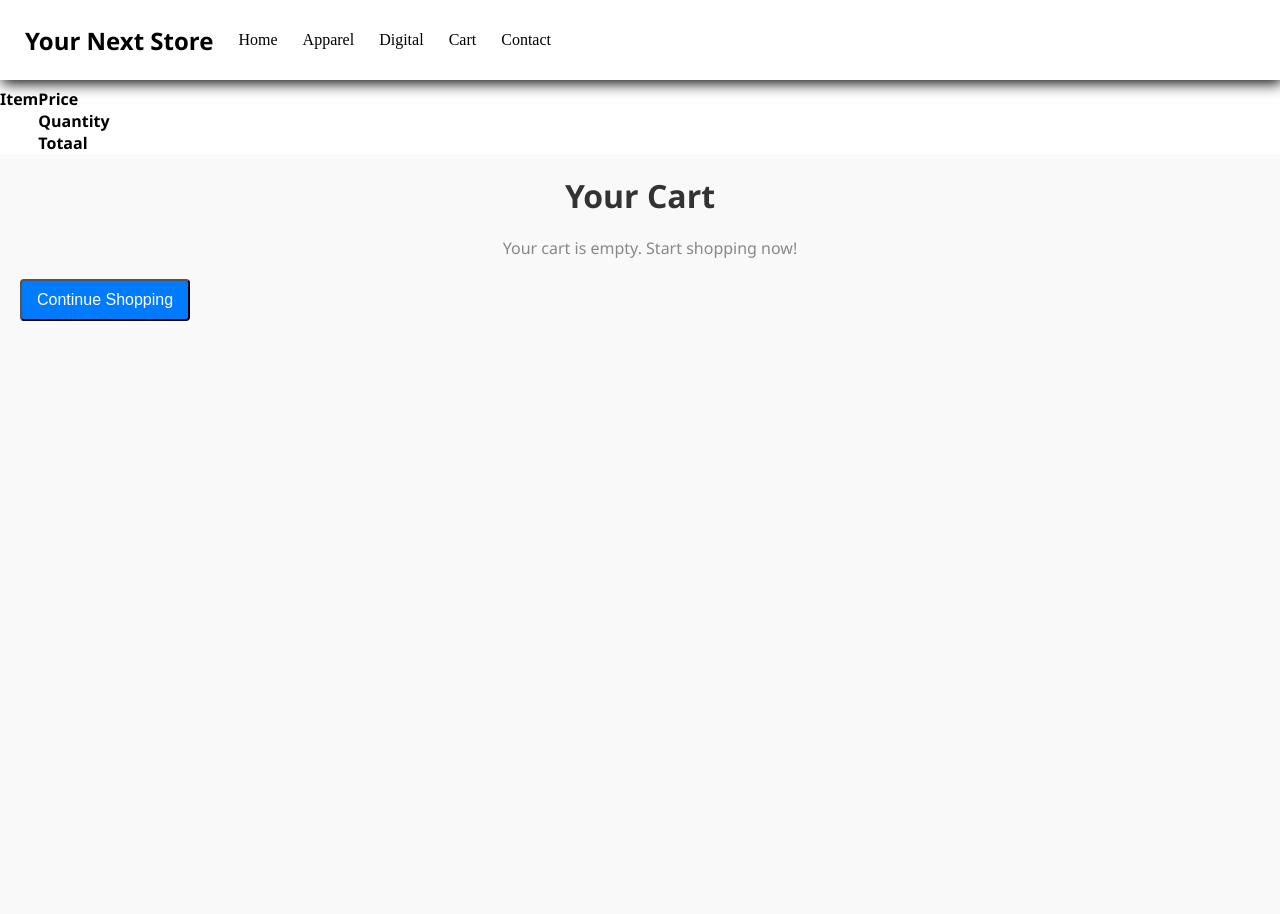
Repository: Sharathguru/React_Project1
Page: /cart
The author's editor kept a copy of each file at every save. The page is drawn from the files as they stood at one save, then again after the next save.
The browser window is 1280 px wide. The pictures show the whole page.
The project was rebuilt for these pictures with package versions that can differ from the ones it lists, and the page was loaded fresh each time. Also part of the build but not shown: vite.config.js, src/Component/Main/Main1.jsx, src/Component/Main/Cloud.jsx, src/Component/Home.jsx, src/Component/NavbarComponent/Apparel.jsx, src/Component/NavbarComponent/Digital.jsx, src/Component/Contact.jsx, src/Component/Main/Signup.jsx and 3 more.

Above is the page before, as saved 2025-01-17 10:47:49.

### src/main.jsx
import { StrictMode } from 'react'
import { createRoot } from 'react-dom/client'

import App from './App.jsx'


createRoot(document.getElementById('root')).render(

  <App></App>

)

### src/App.jsx
import React, { useState } from 'react';
import { createBrowserRouter, RouterProvider } from 'react-router-dom';
import Home from './Component/Home';
import Apparel from './Component/NavbarComponent/Apparel';
import Digital from './Component/NavbarComponent/Digital';
import Contact from './Component/Contact';
import Signup from './Component/Main/Signup';
import LoginPage from './Component/Main/LoginPage';
import Cart from './Component/NavbarComponent/Cart';

import './App.css';
import Terms from './Component/Main/Terms';

const App = () => {
  const [cartItems, setCartItems] = useState([]);

  const router = createBrowserRouter([
    {
      path: "/",
      element: <Signup />,
      children: [
        {
          path: "/terms",
          element: <Terms />,
        },
      ],
    },
    {
      path: "/login",
      element: <LoginPage />,
    },
    {
      path: "/home",
      element: <Home />,
    },
    {
      path: "/apparel",
      element: <Apparel cartItems={cartItems} setCartItems={setCartItems} />,
    },
    {
      path: "/digital",
      element: <Digital />,
    },
    {
      path: "/cart",
      element: <Cart cartItems={cartItems} setCartItems={setCartItems} />,
    },
    {
      path: "/contact",
      element: <Contact />,
    },
  ]);

  return (
    <div>
      <RouterProvider router={router} />
    </div>
  );
};

export default App;

### src/Component/NavbarComponent/Cart.jsx
import React, { useState } from "react";
import { Link } from "react-router-dom";

const Cart = ({ cartItems, setCartItems }) => {
  const handleRemoveFromCart = (productId) => {
    const updatedCart = cartItems.filter((item) => item.id !== productId);
    setCartItems(updatedCart);
  };

  const handleIncreaseQuantity = (productId) => {
    const updatedCart = cartItems.map((item) =>
      item.id === productId ? { ...item, quantity: item.quantity + 1 } : item
    );
    setCartItems(updatedCart);
  };

  const handleDecreaseQuantity = (productId) => {
    const updatedCart = cartItems.map((item) =>
      item.id === productId && item.quantity > 1
        ? { ...item, quantity: item.quantity - 1 }
        : item
    );
    setCartItems(updatedCart);
  };

  return (
    <div>
      <div id="navbar">
        <nav id="navbar-items">
          <div id="navbar-title">
            <h1>Your Next Store</h1>
          </div>
          <Link className="link" to="/home">Home</Link>
          <Link className="link" to="/Apparel">Apparel</Link>
          <Link className="link" to="/digital">Digital</Link>
          <Link className="link" to="/cart">Cart</Link>
          <Link className="link" to="/contact">Contact</Link>
        </nav>
      </div>
      <br /><br /><br /><br />
    <div id="cart-item-navbar">
      <div  id="cart-item-1">
        <h4>Item</h4>
      </div>
      <div id="cart-tem-all">
        <h4>Price</h4>
        <h4>Quantity</h4>
        <h4>Totaal</h4>
      </div>
    </div>
      <div id="cart-content">
        <h1>Your Cart</h1>
        {cartItems && cartItems.length > 0 ? (
          cartItems.map((item) => (
            <div key={item.id} className="cart-item">
              <img src={item.img} alt={item.name} className="cart-item-image" />
              <div className="cart-item-details">
                <h2>{item.name}</h2>
                <p>Price: {item.price}</p>
                <div>
                  <input type="button" value="-" />
                  <input type="button" value="Add" />

                </div>
                <button
                  className="remove-button"
                  onClick={() => handleRemoveFromCart(item.id)}
                >
                  Remove
                </button>
              </div>
            </div>
          ))
        ) : (
          <p>Your cart is empty. Start shopping now!</p>
        )}
        <Link to="/Apparel">
          <button className="continue-shopping-button">Continue Shopping</button>
        </Link>
      </div>
    </div>
  );
};

export default Cart;

### src/App.css
* {
  margin: 0;
  padding: 0;
}
body
{
    font-family: 'Segoe UI', Tahoma, Geneva, Verdana, sans-serif;
}
#navbar {
    width: 100vw;
    height: 80px;
    background: white;
    box-shadow: 2px 3px 14px black;
    display: flex;
    align-items: center;
    justify-content: space-between;
    position: fixed; /* Change from static to fixed */
    top: 0; /* Ensure it sticks to the top of the viewport */
    z-index: 1000; /* Add z-index to make sure it appears above other content */

  }

#navbar-title h1
{
/* padding-bottom: 10px; */
font-weight: 700;
}

#navbar-items {

  width: 45%;
  display: flex;
  justify-content: space-evenly;
  align-items: center;
}


.link {
  text-decoration: none;
  color: black;
  font-size: 16px;
  font-family: "Times New Roman", Times, serif;
}

.link:hover {
  background: linear-gradient(45deg, black, rgb(232, 145, 4));
  -webkit-background-clip: text;
  background-clip: text;
  color: transparent;
}

#navbar-search {
    margin-right: 25px;
  flex-grow: 1;
  display: flex;
  justify-content: flex-end;
  padding-right: 10px;
  align-items: center;
}

#navbar-search input {
  width: 180px;
  height: 30px;
  border: 1px solid #ccc;
  border-radius: 4px;
  padding: 0 10px;
  font-size: 14px;
}
#navbar-search input::placeholder
{
font-size: 12px;
}

#navbar-search i,
#navbar-search a {
  padding-left: 10px;
  font-size: 16px;
  color: #888;
  cursor: pointer;
  text-decoration: none;
}

#navbar-search a:hover {
  background: linear-gradient(45deg, black, rgb(232, 145, 4));
  -webkit-background-clip: text;
  background-clip: text;
  color: transparent;
}

#navbar-icon i {
  padding-right: 20px;
  font-size: 20px;
  cursor: pointer;
  display: none;
}

#navbar-icon i:hover {
  background: linear-gradient(45deg, black, rgb(232, 145, 4));
  -webkit-background-clip: text;
  background-clip: text;
  color: transparent;
}
#home-part1 {
    background-color: rgb(247, 244, 244);
    margin: 100px 0 0 40px; /* Add top margin to prevent overlapping */
    width: 94vw;
    height: 480px;
    position: relative; /* Change position to relative to avoid sticky conflicts */
    display: flex;
    justify-content: space-evenly;
    align-items: center;
}

#home-part1 p
{
    padding-top: 10px;
    color: rgb(83, 79, 80);
}
#home-part1 button
{
    margin-top: 15px;
    background: rgb(46, 48, 49);
    border: none;
    border-radius: 20px;
    width: 90px;
    height: 30px;
    color: white;
    font-weight: bold;
    cursor: pointer;
}

#home-part1-img img
{
    width: 300px;
}
#home-part2
{

    display: flex;
    justify-content: space-evenly;
    flex-wrap: wrap;
    row-gap: 70px;

}
#cloud {
    background-color: rgb(222, 219, 219);
    margin: 10px 0 10px 0px;
    width: 25.4%;
    height: 340px;
    position: relative;
    border-radius: 10px;

}
#cloud img
{
    /* margin-left: 20px; */
    position: relative;
    left: -30px;
    bottom: 10px;
    right: 85px;
    width: 395px;
    height: 350px;
}
#cloud img:hover
{
opacity: 0.5;
transform: translateY(-10px);
}
#home-part2 h1
{
    /* padding-left: 35px; */
    font-size: 25px;
}
#cloud p:first-child {
    padding-left: 80px;
    font-size: 20px;
}

#home-part2a
{
    margin: 20px 0 0 0;
    width: 94vw;
    display: flex;
    justify-content: space-around;

}
#cloud1 img
{
    width: 500px;
    border-radius: 10px;
}
#cloud1a img
{
    width: 500px;
    border-radius: 10px;
}
#para p
{
    margin-right: 20px;
}
#cloud1:hover , #cloud1a:hover {
    opacity: 0.7;
}



/* Outer container */
#border-down {
  margin-top: 20px;
  background-color: rgb(240, 240, 240);
  height: 220px;
  position: relative;
  width: 100%;
  display: flex; /* Flexbox for alignment */
  justify-content: space-between; /* Space between left and right sections */
  align-items: center;
  padding: 20px;
  box-sizing: border-box;
}

/* Left Section */
#details-product-left {
  display: flex;
  flex-direction: column;
  justify-content: center;
  align-items: flex-start;
}

#details-product-left h1 {
  font-size: 18px;
  margin-bottom: 10px;
}

#details-product-left input {
  padding: 8px;
  border: 1px solid #ccc;
  border-radius: 4px;
  margin-right: 10px;
}

#details-product-left button {
  background-color: #1a202c;
  color: #fff;
  border: none;
  padding: 8px 16px;
  border-radius: 4px;
  cursor: pointer;
}

/* Right Section */
#details-product-right {
  display: flex;
  justify-content: space-between;
  align-items: flex-start;
  gap: 50px; /* Space between Products and Support */
}

#details-Product,
#details-Product1 {
  text-align: left;
}

#details-Product h4,
#details-Product1 h4 {
  font-size: 16px;
  margin-bottom: 10px;
}

#details-Product a,
#details-Product1 a {
  text-decoration: none;
  color: #333;
  font-size: 14px;
}

#details-Product a:hover,
#details-Product1 a:hover {
  text-decoration: underline;
}

/* Outer container */
#border-down {
  margin-top: 20px;
  background-color: rgb(240, 240, 240);
  height: 250px;
  position: relative;
  width: 100%;
  display: flex;
  justify-content: space-between;
  align-items: center;
  padding: 20px;
  box-sizing: border-box;
}

/* Left Section */
#details-product-left {
  display: flex;
  flex-direction: column;
  justify-content: flex-start;
  align-items: flex-start;
  gap: 10px;
}

#details-product-left h1 {
  font-size: 18px;
  margin-bottom: 5px;
}

#details-product-left input {
  padding: 8px;
  border: 1px solid #ccc;
  border-radius: 4px;
  margin-right: 10px;
  width: 250px;
}

#details-product-left button {
  background-color: #1a202c;
  color: #fff;
  border: none;
  padding: 8px 16px;
  border-radius: 10px;
  cursor: pointer;
  margin-top: 10px;
}

/* Right Section */
#details-product-right {
  display: flex;
  justify-content: flex-end;
  align-items: flex-start;
  gap: 50px;
}

#details-Product,
#details-Product1 {
  text-align: left;
}

#details-Product h4,
#details-Product1 h4 {
  font-size: 16px;
  margin-bottom: 10px;
}

#details-Product a,
#details-Product1 a {
  text-decoration: none;
  color: #333;
  font-size: 14px;
}

#details-Product a:hover,
#details-Product1 a:hover {
  text-decoration: underline;
}

/* Footer Section */
#footer {
  /* text-align: center; */
  padding: 15px 0;
  font-size: 14px;
  color: #555;
  background-color: rgb(240, 240, 240);
  border-top: 1px solid #ddd;
}

#footer p {
  margin: 5px 0;
}
#Apparel-heading
{
  padding-top: 10px;
  padding-left: 30px;
}
#Apparel-heading h3
{
font-size: 1.5rem;
}
#Apparel-heading p
{
color: #888;
}

#Apparel-detail {
  margin-top: 20px;
  display: flex;
  justify-content: space-evenly;
  flex-wrap: wrap; /* Ensure items wrap on smaller screens */
  /* gap: 10px;  */
  column-gap: 10px;
  row-gap: 120px;
  width: 100%; /* Ensure container fits within the viewport */
}

.Apparel-items-box {
  margin: 0; /* Remove extra margin */
  border-radius: 10px;
  /* background-color: #9e2626; */
  width: 25%; /* Adjust as needed for layout */
  height: 340px;
  box-sizing: border-box;

}

.Apparel-item-all img {
  width: 315px; /* Scale image to fit its container */
  height: 339px; /* Ensure image stretches to container height */
 border-radius: 20px;
}

.Apparel-item-all img:hover
{
opacity: 0.5;
transform: translateY(-5px);
cursor: pointer;
}

.Apparel-item-all h1
{
 margin: 40px  0 0 0;
font-size: 1.3rem;
text-align: center;
}
.Apparel-item-all p
{
text-align: center;
}

/* Target the 10th Apparel-items-box */
.Apparel-items-box:nth-child(10) {
 margin-right: 63%;
}
#Digital-title h2,p
{
  padding-left: 20px;
}
#Digital-title p
{
color: #888;
}
#Digital-item
{
  display: flex;
  flex-wrap: wrap;
  justify-content: space-evenly;
}

.Digital-item-all
{
  margin: 30px 0 0 30px;

}
.Digital-item-all img
{
  border-radius: 10px;
  width: 370px;
  transform: translateY(-10px);
}
/* General Contact Form Styling */
#contact {
  margin: 40px auto;
  padding: 20px;
  max-width: 600px;
  border: 1px solid #ddd;
  border-radius: 8px;
  background-color: #f9f9f9;
}

#contact-item {
  text-align: center;
}

#contact-item h3 {
  font-size: 24px;
  color: #333;
  margin-bottom: 20px;
}

/* Contact Form Container */
#contact-item-all {
  display: flex;
  flex-direction: column;
  gap: 15px;
}

/* Input and Textarea Styling */
.item-all-contact label {
  font-size: 16px;
  color: #333;
  margin-bottom: 8px;
  text-align: left;
  display: block;
}

.item-all-contact input,
.item-all-contact textarea {
  padding: 10px;
  font-size: 16px;
  width: 100%;
  border: 1px solid #ccc;
  border-radius: 4px;
  margin-bottom: 10px;
  box-sizing: border-box;
}

.item-all-contact input:focus,
.item-all-contact textarea:focus {
  border-color: #6c757d;
  outline: none;
}

/* Button Styling */
button[type="submit"] {
  width: 200px;
  padding: 12px 20px;
  margin-left: 200px;
  font-size: 16px;
  color: #fff;
  background-color: #383534;
  border: none;
  border-radius: 10px;
  cursor: pointer;
  transition: background-color 0.3s ease;
}

button[type="submit"]:hover {
  background-color: #0056b3;
}

.buy-now-button {
  background-color: #ff5722;
  color: white;
  border: none;
  padding: 10px 15px;
  border-radius: 5px;
  font-size: 14px;
  cursor: pointer;
  transition: background-color 0.3s ease, transform 0.2s ease;
}

.buy-now-button:hover {
  background-color: #e64a19;
  transform: scale(1.05);
}

.buy-now-button:active {
  background-color: #d84315;
  transform: scale(1);
}

#already-login
{
 padding: 5px 0 0 60px;
  font-size: 0.43rem;
}
.Login-signup
{
  padding-left: 5px;
  text-decoration: none;
}

#Subscribe-group
{
  position: relative;
  top: 100px;
}


/* Cart Container */
#cart-content {
  padding: 20px;
  background-color: #f9f9f9;
  min-height: 100vh;
}

#cart-content h1 {
  text-align: center;
  font-size: 2rem;
  color: #333;
  margin-bottom: 20px;
}

.cart-item {
  display: flex;
  align-items: center;
  justify-content: space-between;
  background-color: #fff;
  padding: 20px;
  border-radius: 8px;
  margin-bottom: 15px;
  box-shadow: 0 2px 4px rgba(0, 0, 0, 0.1);
}

.cart-item img {
  width: 100px;
  height: 100px;
  /* object-fit: cover; */
  border-radius: 8px;
}

.cart-item-details {
  flex-grow: 1;
  margin-left: 20px;
}

.cart-item-details h2 {
  font-size: 1.2rem;
  color: #333;
}

.cart-item-details p {
  font-size: 1rem;
  color: #555;
}

.remove-button {
  background-color: #ff4d4d;
  color: white;
  border: none;
  padding: 10px 15px;
  cursor: pointer;
  border-radius: 4px;
  transition: background-color 0.3s ease;
}

.remove-button:hover {
  background-color: #e60000;
}

.continue-shopping-button {
  background-color: #007bff;
  color: white;
  padding: 10px 15px;
  text-decoration: none;
  border-radius: 4px;
  font-size: 1rem;
  margin-top: 20px;
  display: inline-block;
  text-align: center;
}

.continue-shopping-button:hover {
  background-color: #0056b3;
}

/* Empty Cart Message */
#cart-content p {
  text-align: center;
  font-size: 1rem;
  color: #888;
  margin-top: 20px;
}
#cart-item-navbar
{
  display: flex;

}










/* Mobile view adjustments */
@media screen and (max-width: 500px) {
  #navbar-items {
    display: none; /* Hide the navbar items */
  }

  #navbar-search {
    display: none; /* Hide the search bar */
  }

  #navbar-icon i {
    display: block; /* Show the icon */
  }
}
@media (max-width: 768px) {
  #contact {
    padding: 15px;
  }

  #contact-item-all {
    gap: 10px;
  }

  button[type="submit"] {
    font-size: 14px;
    padding: 10px 16px;
  }
}

### src/Component/Main/Signup.css
* {
    padding: 0;
    margin: 0;
  }

  #signup-heading {
    width: 100vw;
    height: 100vh;
    border-radius: 20px;
    position: relative;
    display: flex;
    justify-content: space-evenly;
    align-items: center;
    background: linear-gradient(190deg, rgb(243, 235, 235), rgb(237, 147, 147));
    animation: fadeIn 1.5s ease-in-out;
  }
  #signup-details h1
  {
    margin-bottom: 20px;
    text-align: center;

  }
  .signup-group {
    position: relative;
    margin-bottom: 20px;
    animation: slideIn 1.2s ease-in-out;
    margin-left: 30px;
  }

  .signup-group i {
    margin-left: 10px;
    position: absolute;
    transform: translateY(70%);
    color: #555;
    transition: color 0.3s ease;
  }

  .signup-group input[type="text"],
  .signup-group input[type="email"],
  .signup-group input[type="password"] {
    width: 300px;
    padding: 10px 40px;
    border: 1px solid #ddd;
    border-radius: 5px;
    font-size: 16px;
    color: #555;
    outline: none;
    transition: all 0.3s ease;
    box-sizing: border-box;
  }

  .signup-group input[type="text"]:focus,
  .signup-group input[type="email"]:focus,
  .signup-group input[type="password"]:focus {
    border-color: #007bff;
    box-shadow: 0 0 5px rgba(0, 123, 255, 0.5);
  }

  .signup-group input[type="text"]:hover,
  .signup-group input[type="email"]:hover,
  .signup-group input[type="password"]:hover {
    background-color: #f9f9f9;
  }

  .signup-group input[type="text"]:focus + i,
  .signup-group input[type="email"]:focus + i,
  .signup-group input[type="password"]:focus + i {
    color: #007bff;
  }

  #signup-heading img {
    width: 400px;
    border-radius: 20px;
    animation: bounceIn 2s ease-in-out;
  }

  input[type="checkbox"] {

    cursor: pointer;

    margin: 25px 10px 0 0 ;

  }

  input[type="submit"] {
    width: 300px;
    padding: 10px;
    background: #007bff;
    color: #fff;
    border: none;
    border-radius: 5px;
    font-size: 16px;
    cursor: pointer;
    transition: background 0.3s ease;
    animation: zoomIn 1s ease-in-out;
    margin-left: 27px;
  }

  input[type="submit"]:hover {
    background: #0056b3;
  }

  span {
    font-size: 14px;
    color: #555;
  }
#checkbox:hover + span
  {
    font-size: 14px;
    color: black;
  }


  /* Animations */

  @keyframes fadeIn {
    from {
      opacity: 0;
      transform: translateY(-20px);
    }
    to {
      opacity: 1;
      transform: translateY(0);
    }
  }

  @keyframes slideIn {
    from {
      opacity: 0;
      transform: translateX(-20px);
    }
    to {
      opacity: 1;
      transform: translateX(0);
    }
  }

  @keyframes bounceIn {
    10% {
      opacity: 0;
      transform: scale(0.5);
    }
    10% {
      opacity: 1;
      transform: scale(1.2);
    }
    100% {
      transform: scale(1);
    }
  }

  @keyframes zoomIn {
    from {
      transform: scale(0.8);
      opacity: 0;
    }
    to {
      transform: scale(1);
      opacity: 1;
    }
  }

Loaded but not shown: index.html (common file)

After the next save:
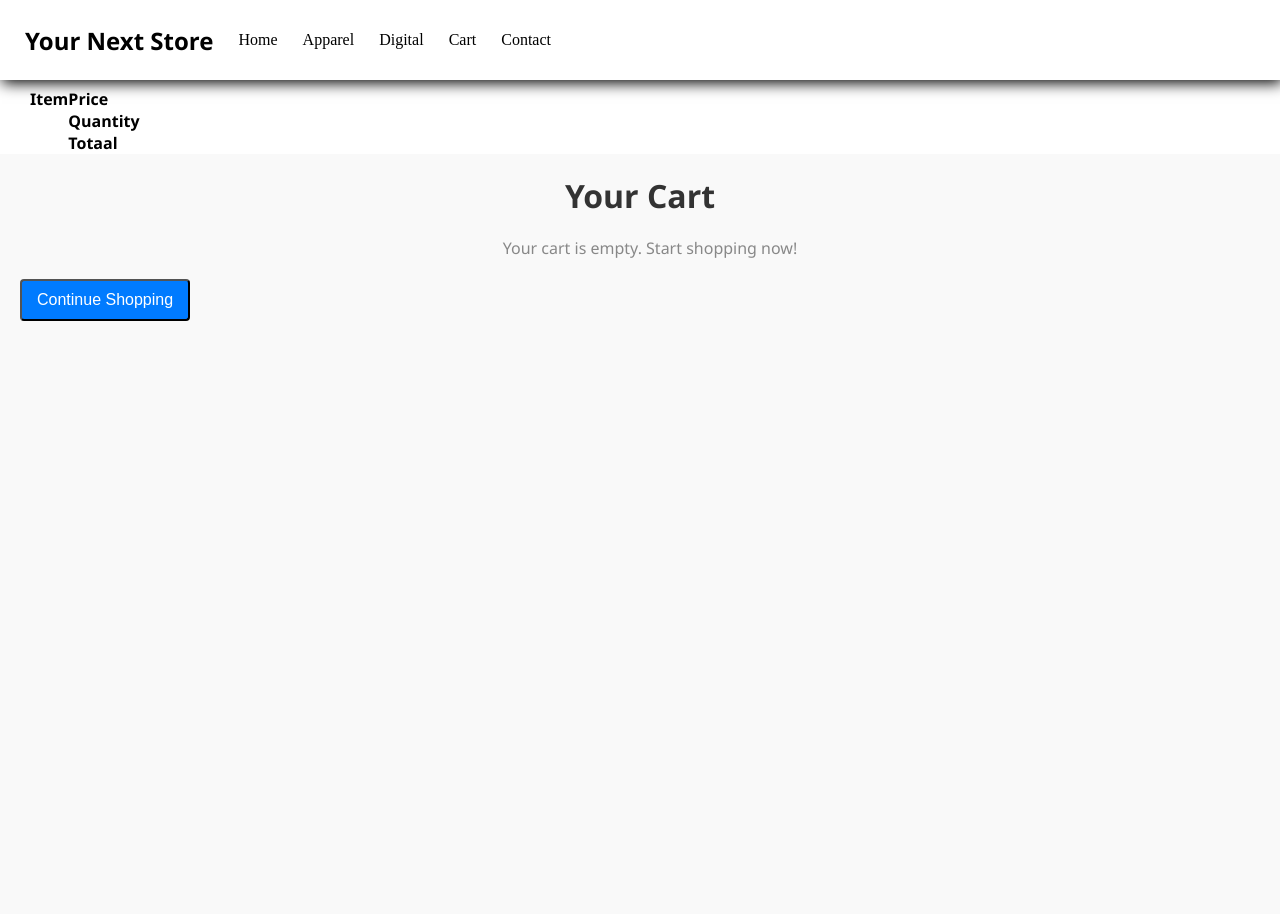
Saved 5 s later.
--- a/src/App.css
+++ b/src/App.css
@@ -653,6 +653,7 @@
 }
 #cart-item-navbar
 {
+  padding-left: 30px;
   display: flex;
 
 }

After the save that followed:
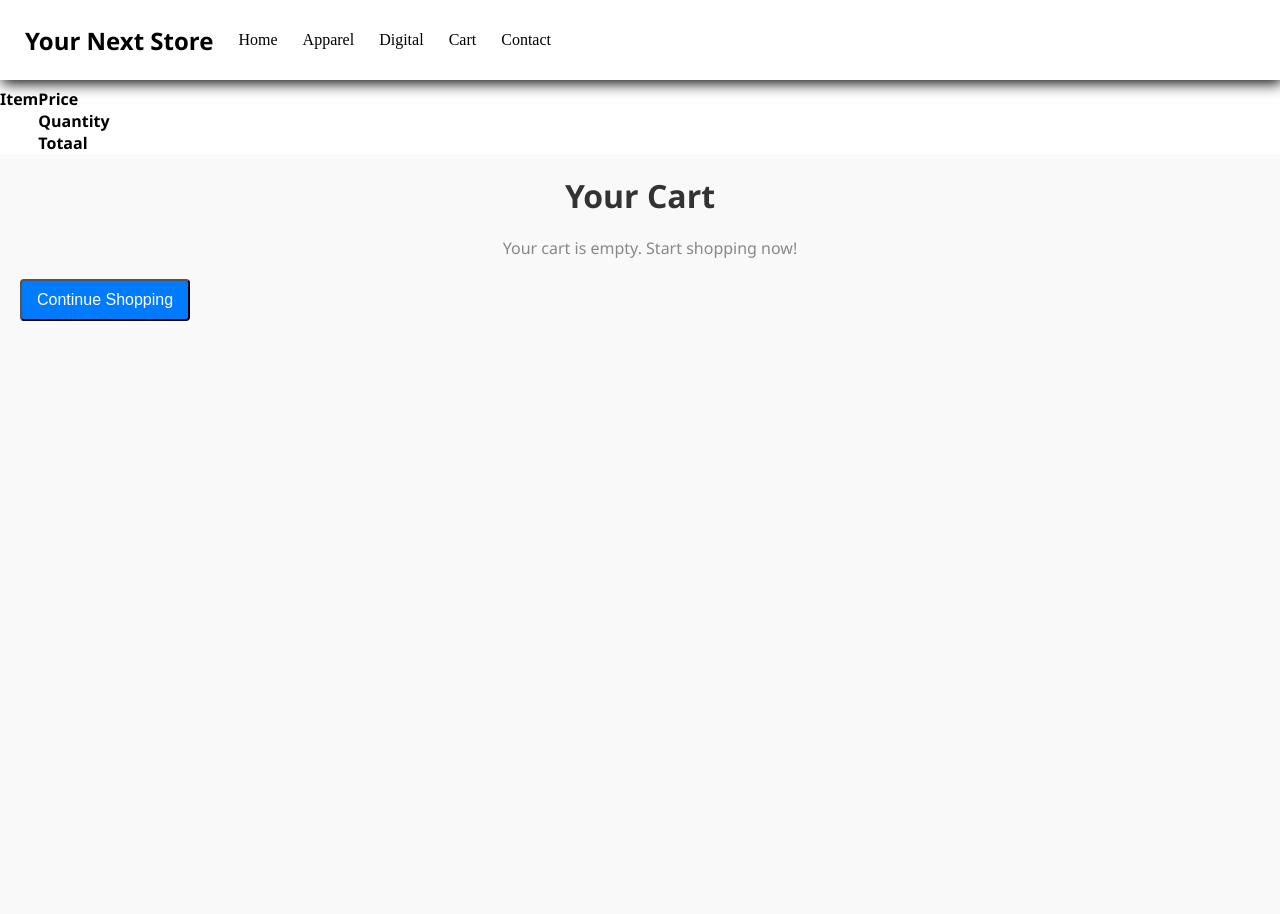
Saved 7 s later.
--- a/src/App.css
+++ b/src/App.css
@@ -653,7 +653,7 @@
 }
 #cart-item-navbar
 {
-  padding-left: 30px;
+
   display: flex;
 
 }
